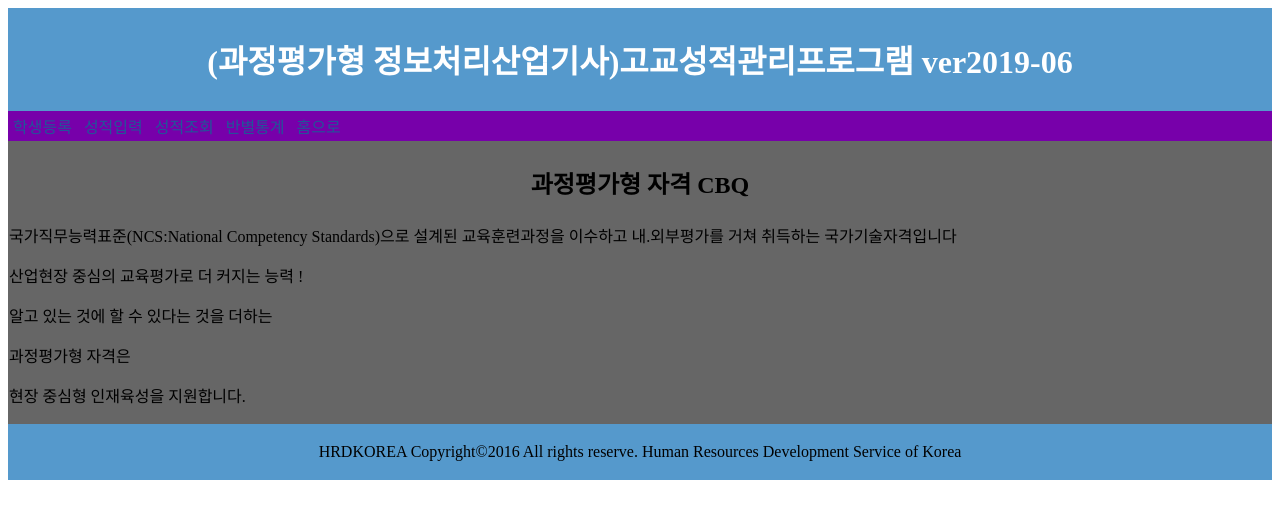
Repository: bolbbal/jdbc
Page: http://localhost/cbq_99/
These files come from the project's save history. The page is drawn as it stood at one moment and after the next save; the edit follows.
The browser window is 1280 px wide. The pictures show the whole page.
The page is served by Tomcat 9.

Above is the page before, as saved 2024-08-26 05:33:47.

After the next save:
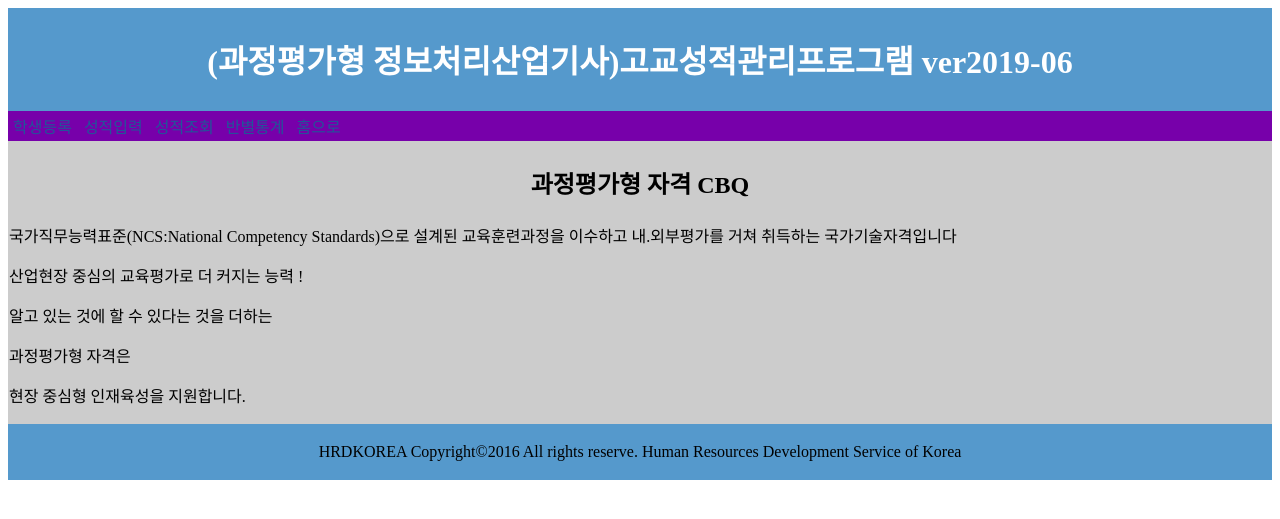
Saved 5 s later.
--- a/javastudy18/jspStudy/cbq_99/cbq_99/WebContent/index.jsp
+++ b/javastudy18/jspStudy/cbq_99/cbq_99/WebContent/index.jsp
@@ -35,7 +35,7 @@ a {
 
 section {
 	padding: 1px;
-	background: #666;
+	background: #CCC;
 }
 
 h2 {
